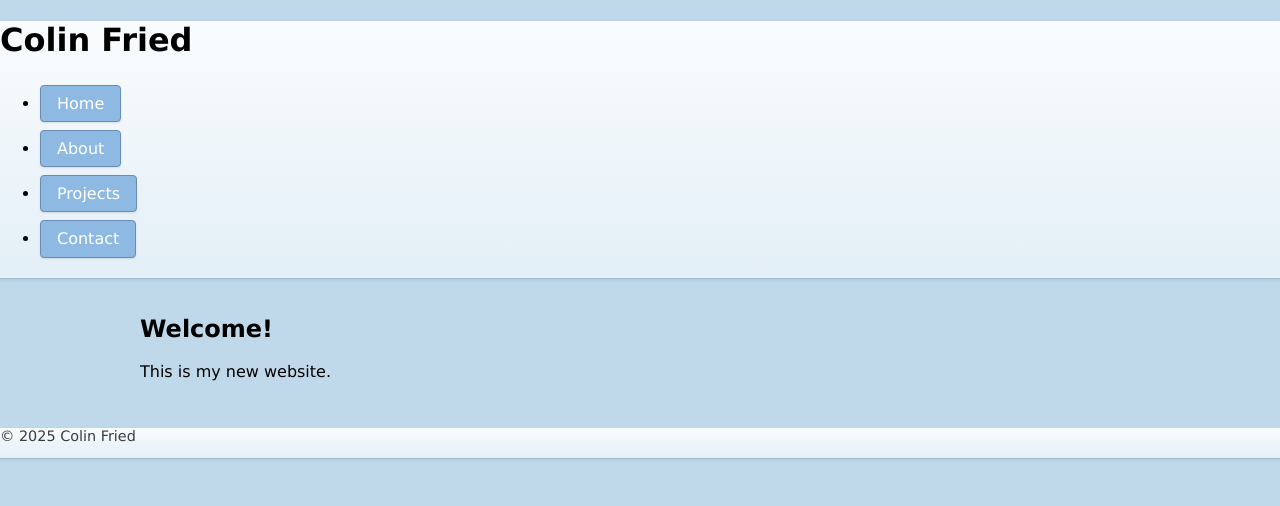
Repository: colinfdsaui/colin
Page: website.html
An editor plug-in stored every save of this project. The page is shown before and after the next save, followed by the edit.
The browser window is 1280 px wide. The pictures show the whole page.

Above is the page before, as saved 2025-07-08 12:20:16.

### website.html
<!DOCTYPE html>
<html lang="en">
<link rel="stylesheet" href="styles.css">

<head>
    <meta charset="UTF-8"/>
    <meta name="viewport" content="width=device-width, initial-scale=1.0"/>
    <title>My Website</title>
    <link rel="stylesheet" href="styles.css"/>
</head>
<body>

<!-- Header / Nav -->
<header>
    <h1>Colin Fried</h1>
    <nav>
        <ul class="nav-links">
            <li><a class="active" href="website.html">Home</a></li>
            <li><a href="about.html">About</a></li>
            <li><a href="projects.html">Projects</a></li>
            <li><a href="test.html">Contact</a></li>
        </ul>
    </nav>
</header>

<!-- Main Content-->
<main>
    <section id="hero">
        <h2>Welcome!</h2>
        <p>This is my new website.</p>
    </section>
</main>

<!-- Footer -->
<footer>
    <p> © 2025 Colin Fried</p>
</footer>

<body>
</html>

### styles.css
/* ====================
   Global & layout
   ==================== */

/* 1) Define your palette once, at the top of your main stylesheet */
:root {
  /* ─── Aqua Palette ───────────────────────────────────────────────────────── */
  /* Light backgrounds */
  --aqua-bg-primary:      #c0d9ea; /* window background */
  --aqua-bg-secondary:    #e3eff7; /* sidebar / panels */
  --aqua-bg-highlight:    #fffffd; /* key UI surfaces */

  /* Accent blues */
  --aqua-accent:          #8db9e3; /* buttons, active tabs */
  --aqua-accent-dark:     #6b8cb4; /* hover, active state */

  /* Text */
  --aqua-text-primary:    #000000; /* body text */
  --aqua-text-secondary:  #3b3b3b; /* captions, secondary labels */
  --aqua-text-inverse:    #ffffff; /* on blue buttons, etc */

  /* Borders / dividers */
  --aqua-border:          #a0c0d2;

  /* Shadows (optional) */
  --aqua-shadow:          rgba(0, 0, 0, 0.1);
}

body {
  margin:            0;
  padding:           0;
  font-family:       "Lucida Grande", -apple-system, BlinkMacSystemFont, sans-serif;
  background-color:  var(--aqua-bg-primary);
  color:             var(--aqua-text-primary);
}

/* Header & Footer with gradient, borders & shadow */
header,
footer {
  background-color:  var(--aqua-bg-secondary);
  background-image:  linear-gradient(
                       to bottom,
                       rgba(255,255,255,0.8),
                       var(--aqua-bg-secondary)
                     );
  background-repeat: no-repeat;
  background-size:   cover;
  border-bottom:     1px solid var(--aqua-border);
  box-shadow:        0 1px 3px var(--aqua-shadow);
}

main {
  padding:    1rem;
  max-width:  1000px;
  margin:     auto;
}

footer {
  font-size:    0.9rem;
  color:        var(--aqua-text-secondary);
}

/* ====================
   Links as Buttons
   ==================== */

/* Turn every <a> into a button */
a {
  display:          inline-block;
  padding:          0.5em 1em;
  margin:           0.25em 0;
  background-color: var(--aqua-accent);
  color:            var(--aqua-text-inverse);
  text-decoration:  none;
  border:           1px solid var(--aqua-accent-dark);
  border-radius:    4px;
  font-family:      inherit;
  font-size:        1rem;
  line-height:      1.2;
  cursor:           pointer;
  box-shadow:       0 1px 2px var(--aqua-shadow);
  transition:       background-color 0.2s ease,
                    transform        0.1s ease;
}

a:hover,
a:focus {
  background-color: var(--aqua-accent-dark);
  transform:        translateY(-1px);
}

a:active {
  background-color: var(--aqua-accent);
  transform:        translateY(0);
}

/* ====================
   Buttons & Panels (existing)
   ==================== */
button {
  background-color: var(--aqua-accent);
  color:            var(--aqua-text-inverse);
  border:           1px solid var(--aqua-accent-dark);
  border-radius:    4px;
  padding:          0.5em 1em;
  cursor:           pointer;
  box-shadow:       0 1px 2px var(--aqua-shadow);
  font-family:      inherit;
  transition:       background-color 0.2s ease;
}

button:hover {
  background-color: var(--aqua-accent-dark);
}

.panel {
  background-color: var(--aqua-bg-highlight);
  border:           1px solid var(--aqua-border);
  padding:          1em;
  border-radius:    6px;
}

/* ====================
   Flipbook container (existing)
   ==================== */
#flipbook,
#flipbook-wrapper {
  width:       800px;
  height:      600px;
  margin:      2rem auto;
  overflow:    hidden;
  background:  var(--aqua-bg-highlight);
  border:      1px solid var(--aqua-border);
  box-shadow:  0 2px 4px var(--aqua-shadow);
}

#flipbook .page {
  width:         50%;
  height:        100%;
  float:         left;
  overflow:      hidden;
  background:    var(--aqua-bg-highlight);
  border-right:  1px solid var(--aqua-border);
}

#flipbook .page:last-child {
  border-right: none;
}

#flipbook.single-page .page:nth-child(1) {
  display: block;
  margin:  0 auto;
  width:   50%;
}

#flipbook.single-page .page:nth-child(2) {
  display: none;
}

#flipbook .page img {
  width:       100%;
  height:      100%;
  object-fit:  contain;
  transition:  transform 0.3s ease;
}

/* Zoomed page image */
#flipbook .page img.zoomed {
  transform: scale(2);
  cursor:    zoom-out;
}

/* Mask */
#mask {
  position:         absolute;
  inset:            0;
  pointer-events:   none;
  background-image: linear-gradient(
                      to right,
                      var(--aqua-bg-highlight) 0%,
                      rgba(255,255,255,0)      40%,
                      rgba(255,255,255,0)      60%,
                      var(--aqua-bg-highlight) 100%
                    );
  display:          none;
}

/* Full-screen zoom modal */
#zoom-modal {
  display:         none;
  position:        fixed;
  inset:           0;
  background:      rgba(0, 0, 0, 0.8);
  z-index:         9999;
  align-items:     center;
  justify-content: center;
  overflow:        auto;
}

#zoom-modal img {
  width:       150%;
  height:      150%;
  transform:   translate(-15%);
  object-fit:  contain;
}

After the next save:
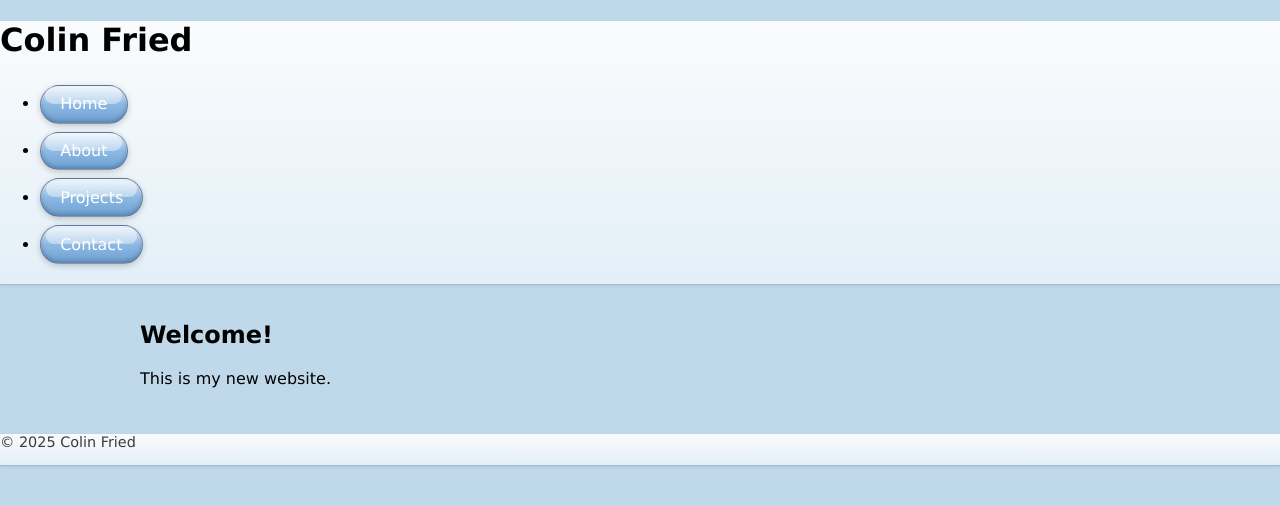
Saved 2 min 16 s later.
--- a/styles.css
+++ b/styles.css
@@ -83,15 +83,73 @@ a {
                     transform        0.1s ease;
 }
 
+/* ====================
+   Aqua‑style pill buttons for <a>
+   ==================== */
+a {
+  /* Reset/link basics */
+  display:          inline-block;
+  position:         relative;      /* for ::before */
+  text-decoration:  none;
+  color:            var(--aqua-text-inverse);
+  font-family:      inherit;
+  font-size:        1rem;
+  line-height:      1.5;
+  padding:          0.4em 1.2em;   /* taller for pill shape */
+  margin:           0.25em 0;
+
+  /* Pill shape + border */
+  border-radius:    9999px;
+  border:           1px solid rgba(75, 93, 132, 0.6);
+
+  /* Gradient background: top → mid → bottom */
+  background-image:
+    linear-gradient(
+      to bottom,
+      rgba(255,255,255,0.8) 0%,       /* bright top */
+      rgba(141,185,227,0.9) 50%,      /* mid‑blue */
+      rgba(110,160,210,1) 100%        /* darker bottom */
+    );
+
+  /* Depth: inner shadow + outer glow */
+  box-shadow:
+    inset 0 1px 1px rgba(255,255,255,0.6),   /* light inner highlight */
+    inset 0 -2px 4px rgba(0,0,0,0.2),        /* dark inner shadow */
+    0 2px 6px rgba(0,0,0,0.2);               /* outer drop shadow */
+
+  cursor:           pointer;
+  transition:       transform 0.1s ease,
+                    box-shadow 0.2s ease;
+}
+
+/* the glossy “shine” stripe */
+a::before {
+  content: "";
+  position: absolute;
+  top:    4%;
+  left:   5%;
+  width:  90%;
+  height: 45%;
+  border-radius: inherit;
+  background: rgba(255, 255, 255, 0.4);
+}
+
+/* hover / focus lift */
 a:hover,
 a:focus {
-  background-color: var(--aqua-accent-dark);
-  transform:        translateY(-1px);
-}
-
+  transform: translateY(-1px);
+  box-shadow:
+    inset 0 1px 1px rgba(255,255,255,0.6),
+    inset 0 -2px 4px rgba(0,0,0,0.3),
+    0 4px 8px rgba(0,0,0,0.25);
+}
+
+/* active (pressed‑in) state */
 a:active {
-  background-color: var(--aqua-accent);
-  transform:        translateY(0);
+  transform: translateY(0);
+  box-shadow:
+    inset 0 1px 2px rgba(0,0,0,0.2),
+    0 1px 3px rgba(0,0,0,0.15);
 }
 
 /* ====================
